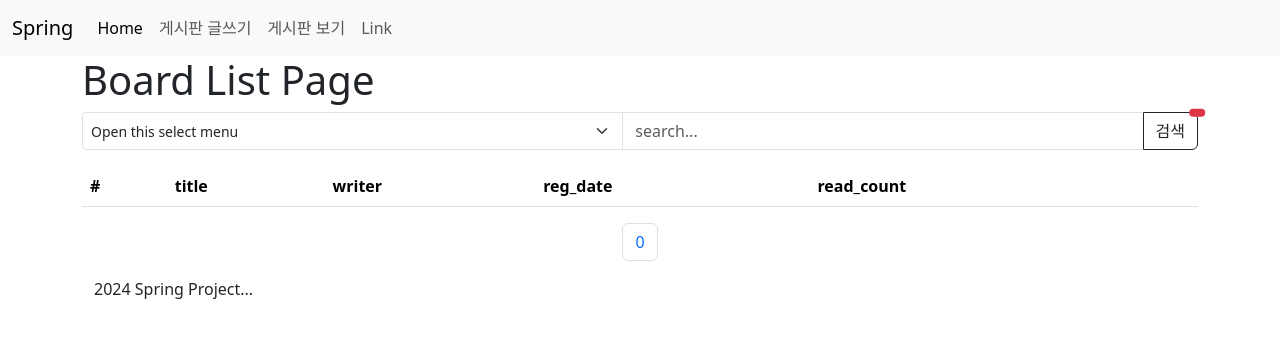
Repository: oco0217/SpringTest2
Page: http://localhost/spring_test2/WEB-INF/views/board/list.jsp
The author's editor kept a copy of each file at every save. The page is drawn from the files as they stood at one save, then again after the next save.
The browser window is 1280 px wide. The pictures show the whole page.
The page is served by Tomcat 9. Nobody is signed in. The template is opened directly, without the code that normally fills it, so the values that code supplies are empty.

Above is the page before, as saved 2024-05-01 03:38:36.

After the next save:
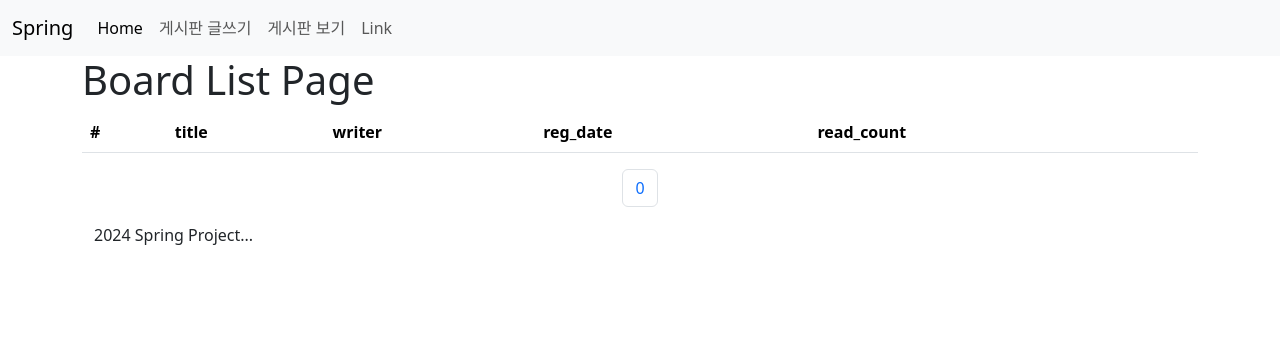
Saved 51 s later.
--- a/spring_test2/src/main/webapp/WEB-INF/views/board/list.jsp
+++ b/spring_test2/src/main/webapp/WEB-INF/views/board/list.jsp
@@ -9,7 +9,7 @@
 	<h1>Board List Page</h1>
 
 	<!-- 검색라인 -->
-	<form class="d-flex" action="/board/list" method="get">
+	<%-- <form class="d-flex" action="/board/list" method="get">
 		<div class="input-group mb-3">
 			<select name="type" class="form-select form-select-sm"
 				aria-label="Small select example">
@@ -32,7 +32,7 @@
 				</span>
 			</button>
 		</div>
-	</form>
+	</form> --%>
 
 
 	<table class="table table-hover">
